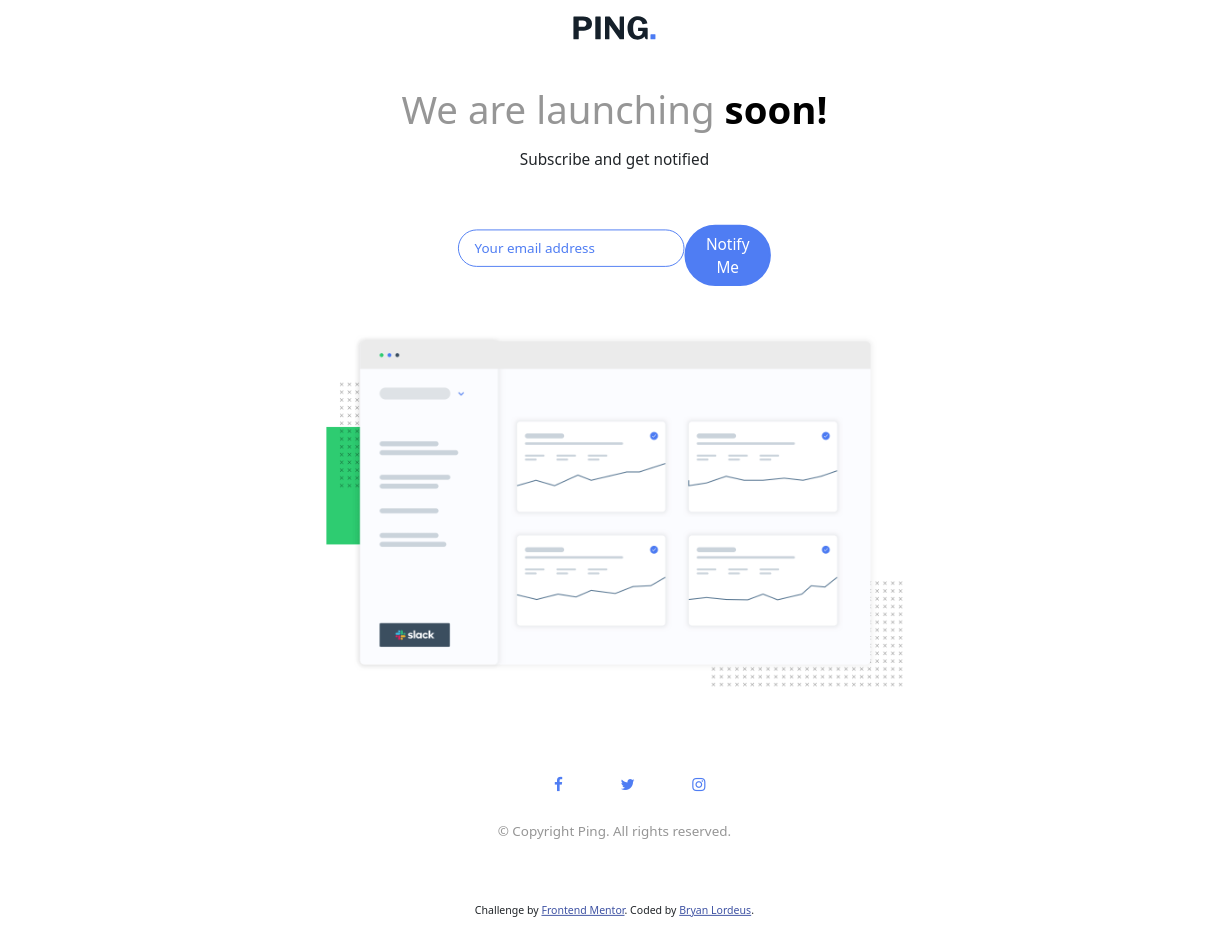
Repository: blordeus/ping-coming-soon-page-master
Page: index.html
An editor plug-in stored every save of this project. The page is shown before and after the next save, followed by the edit.
The browser window is 1280 px wide. The pictures show the whole page, at 96% of full size.
The style sheet was rebuilt from its Sass, Less or Tailwind sources for each picture, by a compiler version that may differ from the author's.

Above is the page before, as saved 2023-08-31 12:37:52.

### index.html
<!DOCTYPE html>
<html lang="en">
<head>
  <meta charset="UTF-8">
  <meta name="viewport" content="width=device-width, initial-scale=1.0"> <!-- displays site properly based on user's device -->

  <link rel="icon" type="image/png" sizes="32x32" href="./images/favicon-32x32.png">
  <link rel="stylesheet" href="style.css">
  <link href="https://cdn.jsdelivr.net/npm/bootstrap@5.3.1/dist/css/bootstrap.min.css" rel="stylesheet" integrity="sha384-4bw+/aepP/YC94hEpVNVgiZdgIC5+VKNBQNGCHeKRQN+PtmoHDEXuppvnDJzQIu9" crossorigin="anonymous">
  <link rel="stylesheet" href="https://maxcdn.bootstrapcdn.com/font-awesome/4.7.0/css/font-awesome.min.css">

  <title>Frontend Mentor | Ping coming soon page</title>


</head>
<body>
  <main class="text-center my-3 mx-4">
    <header>
      <img class="mb-5" src="./images/logo.svg" alt="logo">
    </header>

    <section>
      <h1 class="gray-color">We are launching <strong class="text-black">soon!</strong></h1>
      <p class="mt-3 mb-4">Subscribe and get notified</p>
    </section>

    <form action="#" class="pt-3">
        <input
        class="rounded-pill px-3"
        type="email"
        placeholder="Your email address"
        id="email"
        autocomplete="off"
        required
        />
        <button type="submit" class="mt-3 rounded-pill text-white ">Notify Me</button>
      </form>

    <section class="showcase">
      <img src="./images/illustration-dashboard.png" alt="dashboard">
    </section>

    <div class="icons">
      <ul>
        <li><i class="fa fa-facebook" aria-hidden="true"></i></li>
        <li><i class="fa fa-twitter" aria-hidden="true"></i></li>
        <li><i class="fa fa-instagram" aria-hidden="true"></i></li>
      </ul>
    </div>

    <p class="gray-color copyright">&copy; Copyright Ping. All rights reserved.</p>

    <footer class="pt-5">
      <p class="attribution">
        Challenge by <a rel="noopener" href="https://www.frontendmentor.io?ref=challenge" target="_blank">Frontend Mentor</a>.
        Coded by <a href="#">Bryan Lordeus</a>.
      </p>
    </footer>
  </main>
  <script src="https://cdn.jsdelivr.net/npm/bootstrap@5.3.1/dist/js/bootstrap.bundle.min.js" integrity="sha384-HwwvtgBNo3bZJJLYd8oVXjrBZt8cqVSpeBNS5n7C8IVInixGAoxmnlMuBnhbgrkm" crossorigin="anonymous"></script>
</body>
</html>

### style.scss
  @import url('https://fonts.googleapis.com/css2?family=Libre+Franklin:wght@300;600;700&display=swap');

:root {
    --very-dark-blue: hsl(209, 33%, 12%);
    --dark-gray: hsl(0, 0%, 59%);
    --blue: hsl(223, 87%, 63%);
    --light-red: hsl(354, 100%, 66%);
    --pale-blue: hsl(223, 100%, 88%);
}

* {
    box-sizing: border-box;
    margin: 0;
    padding: 0;
}

body {
    font-size: 20px;
    font-family: 'Libre Franklin', sans-serif;
    min-height: 100vh;
    display: flex;
    flex-direction: column;
    justify-content: center;
    align-items: center;
}

img {
    max-width: 100%;
}

ul {
    list-style: none;
}

.heading h1 {
    font-weight: 300;
}

.heading h1 span {
    font-weight: 700;
}

form {
    width: 300px;
    margin: auto;
    display: flex;
    flex-direction: column;
    align-items: center;
    justify-content: center;
    position: relative;
}

form input {
    width: 100%;
    padding: 8px;
    font-family: inherit;
    font-size: 14px;
    color: var(--blue);
    border: 1px solid var(--blue);
    outline: none;
}

form input::placeholder {
    color: var(--blue);
}

button {
    width: 100%;
    padding: 6px;
    background-color: var(--blue);
    font-family: inherit;
    border: 2px solid var(--blue);
    transition: background-color 0.4s;
}

button:hover {
    cursor: pointer;
    background-color: transparent;
    color: var(--blue);
}

.gray-color {
    color: var(--dark-gray);
}

.showcase {
    padding: 50px 20px 80px;
}

.icons ul {
    display: flex;
    justify-content: center;
    align-items: center;
}

.icons ul li {
    margin: 0 20px;
    color: var(--blue);
    padding: 10px;
    transition: background-color 0.4s;
}

.icons ul li:hover {
    border-radius: 50%;
    background-color: var(--blue);
    color: white;
}

.copyright {
    font-size: 14px;
}

  .attribution { font-size: 11px; text-align: center; }
  .attribution a { color: hsl(228, 45%, 44%); }

  @media (min-width: 700px) {
    .heading h1 {
        font-size: 36px;
    }

    form {
        flex-direction: row;
    }

    form input, button {
        width: auto;
    }

    button {
        padding: 6px 20px;
    }

    .showcase img {
        width: 600px;
    }
  }

After the next save:
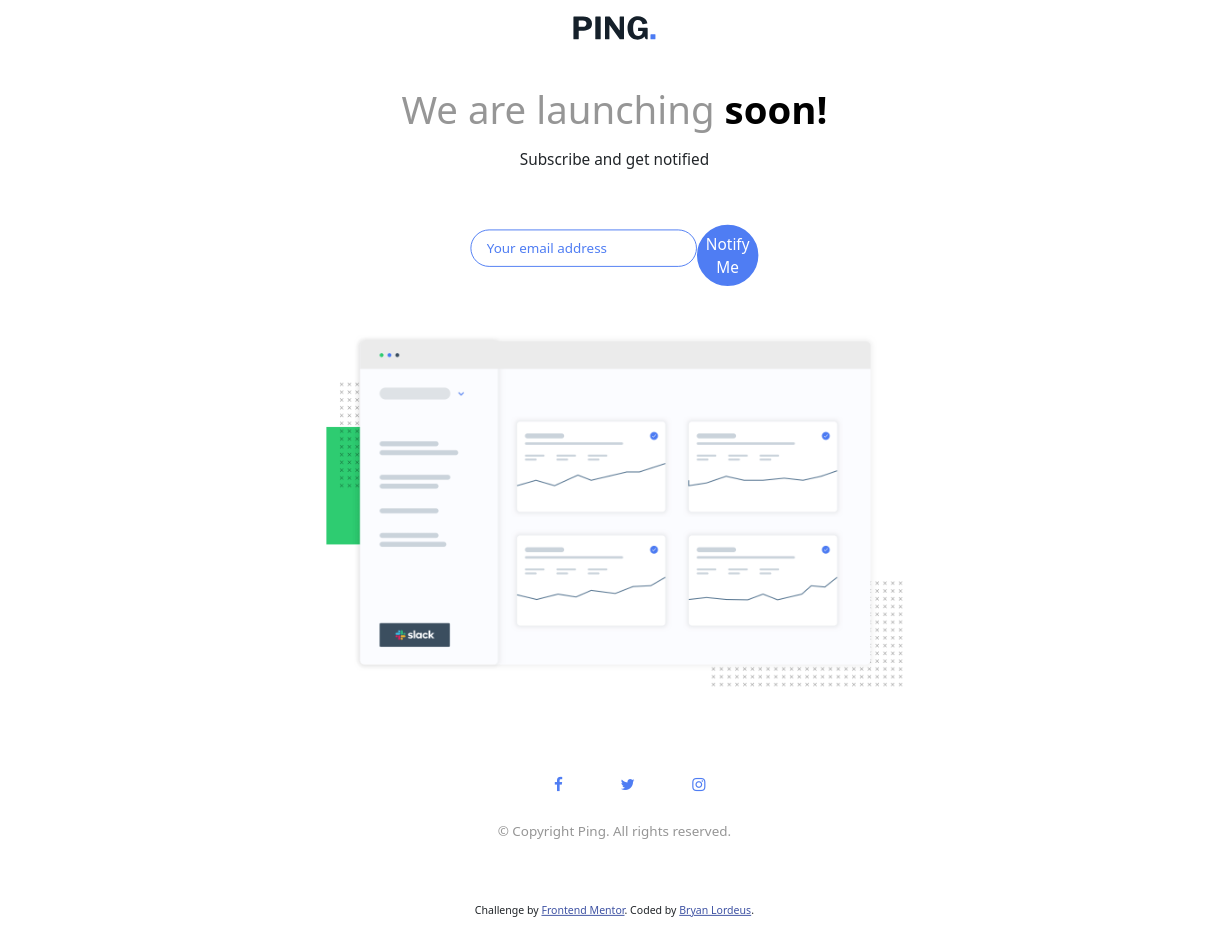
Saved 5 s later.
--- a/style.scss
+++ b/style.scss
@@ -127,7 +127,7 @@
     }
 
     button {
-        padding: 6px 20px;
+        padding: 6px 2px;
     }
 
     .showcase img {
